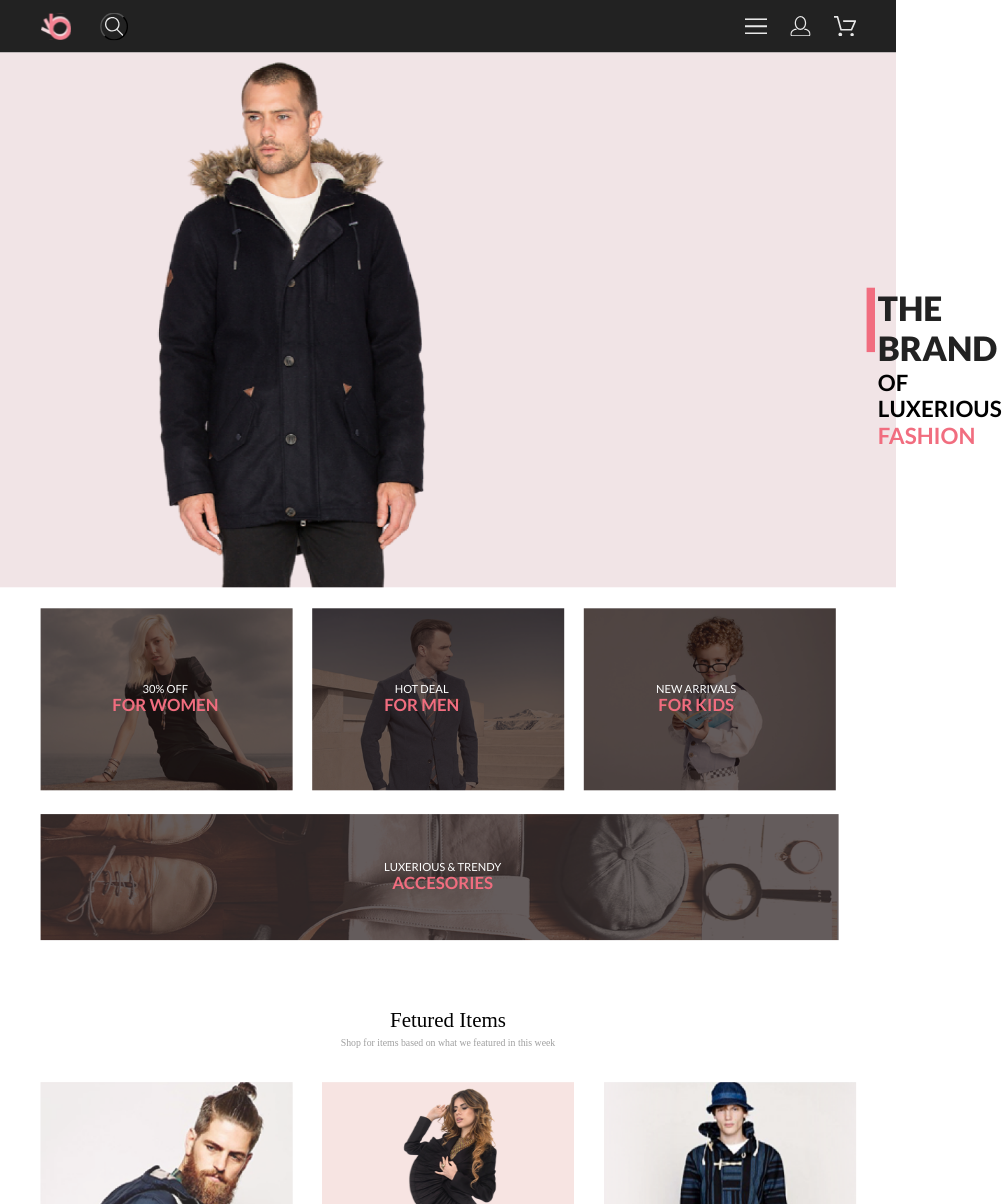
Repository: shtepaa/work-show-linkid
Page: les01/index.html
These files come from the project's save history. The page is drawn as it stood at one moment and after a run of saves; the edit follows.
The browser window is 1280 px wide. The page is 1431 px wide, then 1280 px, so the pictures cover 1431 px, including what lies to the right of the window. The pictures show the part of the page from y = 0 to 1720 px (the page is 3886 px tall), at 70% of full size.

Above is the page before, as saved 2022-02-15 12:17:01.

### les01/index.html
<!DOCTYPE html>
<html lang="en">
  <head>
    <meta charset="UTF-8" />
    <meta http-equiv="X-UA-Compatible" content="IE=edge" />
    <meta name="viewport" content="width=device-width, initial-scale=1.0" />
    <title>Brand</title>
    <link rel="shortcut icon" href="img/favicon.ico" type="image/x-icon" />
    <link rel="stylesheet" href="style.css" />
    <link rel="preconnect" href="https://fonts.googleapis.com" />
    <link rel="preconnect" href="https://fonts.gstatic.com" crossorigin />
    <link
      href="https://fonts.googleapis.com/css2?family=Lato:wght@700;400;900&display=swap"
      rel="stylesheet"
    />
  </head>
  <body>


        <header>
          <div class="container">
            <nav>
              <div class="flex-left">
                <img src="img/logo.svg" alt="logo" />
                <form class="searchBox">
                  <input
                    class="searchInput"
                    type="text"
                    name=""
                    placeholder="Search"
                  />
                  <button class="searchButton" href="#">
                    <img id="path" src="img/search.svg" alt="logo" />
                  </button>
                </form>
              </div>
              <div class="flex-right">
                <div class="mega-box"><img class="contact-img" src="img/menu.svg" alt="logo" />
                <div class="mega-item">

<div class="menu-box"><h3 class="menu-box--style">Menu</h3></div>
<details><summary>Man</summary>
<a class="mega-link" href="#">Accessories</a>
<a class="mega-link" href="#">Bags</a>
<a class="mega-link" href="#">Denim</a>
<a class="mega-link" href="#">T-Shirts</a>
</details>
<details><summary>WOMAN</summary>
  <a class="mega-link" href="#">Accessories</a>
  <a class="mega-link" href="#">Jackets & Coats</a>
  <a class="mega-link" href="#">Polos</a>
  <a class="mega-link" href="#">T-Shirts</a>
  </details>
  <details><summary>KIDS</summary>
    <a class="mega-link" href="#">Accessories</a>
    <a class="mega-link" href="#">Bags</a>
    <a class="mega-link" href="#">Denim</a>
    <a class="mega-link" href="#">T-Shirts</a>
    </details>



                </div>


                </div>
                <img class="contact-img" src="img/contact.svg" alt="logo" />
                <img src="img/shop.svg" alt="logo" />
              </div>
            </nav>
          </div>
        </header>
        <!-- Второй блок -->
        <div class="header-section">

          <!-- <div class="container"> -->

            <div class="header-cover">
              <div class="header-image">
              <img class="header-man"  src="img/man-new.png" alt="man" />
            </div>
            <div class="header-title">
              <div class="pink-line">
              <div class="header-column">
                <h1>The brand</h1>
                <h2>of luxerious <span class="pink-word"> fashion</span></h2>
              </div>
            </div>
            </div>
          </div>
          <!-- </div> -->


          </div>
        </div>
<!-- Третий блок -->
        <div class="container catalog-wrappet">
          <div class="catalog-block">
            <div class="catalog-project">
              <img
                class="catalog-image"
                src="img/catalog01.png"
                alt="catalog01"
              />
              <h2 class="catalog__text">
                30% off <span class="pink-word catalog-words"> for women</span>
              </h2>
            </div>
            <div class="catalog-project">
              <img
                class="catalog-image"
                src="img/catalog02.png"
                alt="catalog02"
              />
              <h2 class="catalog__text">
                hot deal <span class="pink-word catalog-words"> for men</span>
              </h2>
            </div>
            <div class="catalog-project">
              <img
                class="catalog-image"
                src="img/catalog03.png"
                alt="catalog03"
              />
              <h2 class="catalog__text">
                new arrivals
                <span class="pink-word catalog-words"> for kids</span>
              </h2>
            </div>
          </div>
          <div class="catalog-project parent">
            <img
              class="catalog-image"
              src="img/catalog04.png"
              alt="catalog04"
            />
            <h2 class="catalog__text down-parent">
              luxerious & trendy<span class="pink-word catalog-words">
                accesories</span
              >
            </h2>
          </div>
        </div>
        <!-- Четвертый блок -->
        <div class="container block-text">
          <h3 class="block-text--heading">Fetured Items</h3>
          <p class="block-text--section-text">
            Shop for items based on what we featured in this week
          </p>
        </div>
        <div class="container section-featured">
          <div class="featur_one">
            <a class="link-featur" href="#">
            <img class="featur-image"  src="img/feat01.png" alt="featur_one" /></a>
            <div class="featur-wrapper">
            <h3 class="featur-text">ELLERY X M'O CAPSULE</h3>
            <p class="featur-content">Known for her sculptural takes on traditional tailoring, Australian arbiter of cool Kym Ellery teams up with Moda Operandi.</p>
<span class="featur-price">$52.00</span></div>
          </div>
          <div class="featur_one">
            <a class="link-featur" href="#">
            <img src="img/feat02.png" alt="featur_one" /></a>
            <div class="featur-wrapper">
            <h3 class="featur-text">ELLERY X M'O CAPSULE</h3>
            <p class="featur-content">Known for her sculptural takes on traditional tailoring, Australian arbiter of cool Kym Ellery teams up with Moda Operandi.</p>
<span class="featur-price">$52.00</span></div>
          </div>
          <div class="featur_one">
            <a class="link-featur" href="#">
            <img src="img/feat03.png" alt="featur_one" /></a>
            <div class="featur-wrapper">
            <h3 class="featur-text">ELLERY X M'O CAPSULE</h3>
            <p class="featur-content">Known for her sculptural takes on traditional tailoring, Australian arbiter of cool Kym Ellery teams up with Moda Operandi.</p>
<span class="featur-price">$52.00</span></div>
          </div>
          <div class="featur_one">
            <a class="link-featur" href="#">
            <img src="img/feat04.png" alt="featur_one" /></a>
            <div class="featur-wrapper">
            <h3 class="featur-text">ELLERY X M'O CAPSULE</h3>
            <p class="featur-content">Known for her sculptural takes on traditional tailoring, Australian arbiter of cool Kym Ellery teams up with Moda Operandi.</p>
<span class="featur-price">$52.00</span></div>
          </div>
          <div class="featur_one">
            <a class="link-featur" href="#">
            <img src="img/feat05.png" alt="featur_one" /></a>
            <div class="featur-wrapper">
            <h3 class="featur-text">ELLERY X M'O CAPSULE</h3>
            <p class="featur-content">Known for her sculptural takes on traditional tailoring, Australian arbiter of cool Kym Ellery teams up with Moda Operandi.</p>
<span class="featur-price">$52.00</span></div>
          </div>
          <div class="featur_one">
            <a class="link-featur" href="#">
            <img src="img/feat06.png" alt="featur_one" /></a>
            <div class="featur-wrapper">
            <h3 class="featur-text">ELLERY X M'O CAPSULE</h3>
            <p class="featur-content">Known for her sculptural takes on traditional tailoring, Australian arbiter of cool Kym Ellery teams up with Moda Operandi.</p>
<span class="featur-price">$52.00</span></div>
          </div>

        </div>
        <div class="container browse-button">
          <a class="link-browse" href="#"> <h3 class="browse-button product-cart">Browse All Product</h3></a>

        </div>
<div class="section-icons">
  <div class="container wrapper-icons">
  <div class="first-icons">
    <img class="car-icons" src="img/car.svg" alt="car" />
    <h3 class="car-icons--text">Free Delivery</h3>
    <p class="car-icons--context">Worldwide delivery on all. Authorit tively morph next-generation innov tion with extensive models.</p>
  </div>
  <div class="first-icons">
    <img class="car-icons" src="img/discount.svg" alt="discount" />
    <h3 class="car-icons--text">Sales & discounts</h3>
    <p class="car-icons--context">Worldwide delivery on all. Authorit tively morph next-generation innov tion with extensive models.</p>
  </div>
  <div class="first-icons">
    <img class="car-icons" src="img/corona.svg" alt="corona" />
    <h3 class="car-icons--text">Quality assurance</h3>
    <p class="car-icons--context">Worldwide delivery on all. Authorit tively morph next-generation innov tion with extensive models.</p>
  </div>
</div>

</div>

<div class="quotes-section">
  <div class="container wrap-quotes">
  <div class="figure-box">
  <figure>
    <img class="figure-image" src="img/author.png" alt="author" />
    <figcaption>“Vestibulum quis porttitor dui! Quisque viverra nunc mi, a pulvinar purus condimentum“</figcaption>
  </figure></div>
  <div class="figure-box enter-mail">

    <h1 class="subscribe">SUBSCRIBE</h1>
    <h2 class="promotion">FOR OUR NEWLETTER AND PROMOTION</h2>
    <div class="subscribe-wrapper">

      <input type="email" name="email" class="subscribe-input" placeholder="Enter Your Email">
      <div class="submit-btn">SUBMIT</div>
    </div>


  </div>

</div>


      </div>
      <footer>
<div class="container footer-contant">
  <div class="copy-righ">
    <span class="copy-text">© 2021  Brand  All Rights Reserved.</span>
  </div>
  <div class="networks">
    <div class="insta instag-fig">

    </div>
    <div class="insta pint-fig"></div>
    <div class="insta last-fig"></div>
    <div class="insta "></div>
  </div>



</div>

      </footer>

  </body>
</html>

### les01/style.css
* {
  margin: 0;
  padding: 0;
}



header {
  background-color: #222;

  display: flex;
  height: 75px;
}
.header-section {
  background-color: #f1e4e6;
  /* display: flex; */
  height: 764px;
}
.container {
  margin: 0 auto;
  width: 1165px;
  display: flex;
}
.header-image {
  display: flex;
  /* background-repeat: no-repeat;
  -webkit-box-flex: 1;
  -ms-flex-positive: 1;
  flex-grow: 1; */

}
.header-man{
  /* display: flex; */
  /* display: block; */
  left: 0;
}
.header-title {
  /* width: 50%; */
  display: flex;
  flex-direction: row;
  align-items: center;
}
.header-column {
  display: flex;
  flex-direction: column;
  margin-left: 16px;
  text-transform: uppercase;
  font-family: "Lato", sans-serif;
}
h1 {
  font-weight: 900;
  font-size: 48px;
  line-height: 58px;
  color: #222;
}
h2 {
  font-weight: 700;
  font-size: 32px;
  line-height: 38px;
}
.pink-word {
  color: #f16d7f;
}
.pink-line {
  background-color: #f16d7f;
  height: 92px;
  width: 12px;
}
.header-cover {
  /* width: 100%; */
  display: flex;
  /* flex-direction: row; */
  justify-content: space-between;
  width: 1250px;
  /* margin: 0 auto; */
}

nav {
  justify-content: space-between;
  flex-direction: row;
  /* position: relative; */
  align-items: center;
  display: flex;
  height: 75px;
  width: 100%;
}
.flex-left {
  align-items: center;
  flex-direction: row;
  display: flex;
}

.contact-img {
  margin-right: 33px;
}
/* Меню бокс */
.mega-item {
  position: absolute;
  background-color: #fff;

  /* display: none; */
  padding: 37px 100px 79px 50px;
  display: none;
  margin-top: 23px;
  padding-bottom: 53px;
  /* margin-left: 155px; */
}
.mega-box {
  padding: 34px 0 30px 0;

}
.mega-box:hover .mega-item{
  display: block;
}
summary {
  display: block;
}

  summary::-webkit-details-marker {
  display: none;
}

summary {
  display: block;
  font-weight: 400;
  font-size: 14px;
  line-height: 17px;
  text-transform: uppercase;
  color: #f16d7f;
  padding-top: 20px;
  padding-bottom: 12px;
  font-family: "Lato", sans-serif;
  cursor: pointer;
}

  summary::-webkit-details-marker {
  display: none;
}

summary::before {
  content: '';
  padding-right: 0.5em;
}

details[open] > summary::before {
  content: '';
}

.menu-box--style {
  font-weight: 700;
  font-size: 14px;
  line-height: 17px;
  text-transform: uppercase;
  padding-bottom: 4px;
  font-family: "Lato", sans-serif;
}
/* .pink-box {

} */
.mega-link {
  font-family: "Lato", sans-serif;
  display: block;
  text-decoration: none;
  font-size: 14px;
  line-height: 17px;
  color: #6f6e6e;
  font-weight: 400;
  padding: 12px 0px 11px 15px;
}
.mega-link:hover{
  color: #F16D7F;
}
.flex-right {
  display: flex;
  align-items: center;
  position: relative;
  /* padding-bottom: 23px; */
}
img {
  cursor: pointer;
}

/* search form*/
form {
  margin-left: 41px;
}

.searchBox:hover > .searchInput {
  padding: 0 6px;
  width: 240px;
}

.searchBox:hover > .searchButton {
  background: #222;
  color: #2f3640;
}

.searchButton {
  justify-content: center;
  align-items: center;
  background: #222;
  border-radius: 50%;
  color: white;
  float: right;
  width: 40px;
  height: 40px;
  display: flex;
  transition: 0.4s;
}

.searchInput {
  border: none;
  background: none;
  outline: none;
  float: left;
  padding: 0;
  color: white;
  font-size: 16px;
  transition: 0.4s;
  line-height: 40px;
  width: 0px;
}

@media screen and (max-width: 620px) {
  .searchBox:hover > .searchInput {
    width: 150px;
    padding: 0 6px;
  }
}

/* Третий блок */

.catalog-wrappet {
  display: flex;
  /* flex-direction: row; */
  flex-wrap: wrap;
  justify-content: space-between;
  max-width: 1165px;
  margin: 0 auto;
}
.catalog-project {
  margin-top: 30px;
  position: relative;
  flex-grow: 1;
}
/* .catalog-image:last-of-type {
  width: 100%;

} */
.catalog__text {
  position: absolute;
  display: block;
  z-index: 100;
  left: 103px;
  top: 105px;
  box-sizing: border-box;
  font-size: 16px;
  line-height: 19px;
  text-align: center;
  font-family: Lato;
  color: #fff;
  text-transform: uppercase;
  font-weight: 400;
  display: flex;
  flex-direction: column;
  /* left: 0; */
}
.catalog-words {
  font-size: 24px;
  line-height: 28px;
  text-align: center;
  font-family: "Lato", sans-serif;
  font-weight: 700;
}
.catalog-block {
  display: flex;
  justify-content: space-between;
  flex-direction: row;
  width: 100%;
}
.parent {
  display: flex;
  width: 100%;
  /* justify-content: space-between; */
}
.down-parent {
  left: 491px;
  top: 65px;
}
/* Четвертый блок */
.block-text {
  padding-top: 96px;
  display: flex;
  flex-direction: column;
  box-sizing: content-box;
  align-items: center;
}
.block-text--heading {
  font-weight: normal;
  font-size: 30px;
  line-height: 36px;
}
.block-text--section-text {
  padding-top: 6px;
  font-weight: normal;
  font-size: 14px;
  line-height: 17px;
  color: #9f9f9f;
}
/* Пятый блок */
.section-featured{
  max-width: 1165px;
  display: flex;
  flex-direction: row;
  flex-wrap: wrap;
  padding-top: 18px;
  justify-content: space-between;
}
.featur_one{
  display: flex;
  flex-direction: column;
  max-width: 360px;
  background-color: #F8F8F8;
  margin-top: 30px;
}
.featur-text{
  margin-top: 25px;
  font-size: 13px;
line-height: 16px;
font-family: "Lato", sans-serif;
font-weight: 400;
}
.featur-content{
  color: #5D5D5D;
  font-weight: 300;
font-size: 14px;
line-height: 17px;
font-family: "Lato", sans-serif;
padding-top: 12px;
}
.featur-price{
  color:  #F16D7F;
  font-size: 16px;
line-height: 19px;
font-weight: 400;
padding-top: 18px;
}
.featur-wrapper{
  padding-left: 18px;
  padding-bottom: 20px;
  display: flex;
  flex-direction: column;
}
.browse-button{
  /* align-items: center; */
  /* display: block; */
  max-width: 1165px;
  display: flex;
  justify-content: center;
  margin-top: 63px;

}
.link-browse{
  text-decoration: none;
}
.product-cart{
  color: #fff;
  border: 1px solid #FF6A6A;
  box-sizing: border-box;
  align-items: center;
  width: 211px;
  padding: 15px 38px;
  font-size: 16px;
line-height: 19px;
font-weight: 400;
background-color: #F16D7F;
}
/* конец кнопки */
.section-icons {
  background-color: #222224;
  display: flex;
  height: 341px;

  /* justify-content: space-between; */
  margin-top: 95px;
}
.first-icons{
  display: flex;
  flex-direction: column;
  max-width: 343px;
  justify-content: center;
  align-items: center;
  text-align: center;


}
.car-icons{
  width: 44px;
  height: 31px;
  padding-top: 103px;
  padding-bottom: 28px;
}
.wrapper-icons{
  max-width: 1165px;
  display: flex;
  flex-direction: row;
  justify-content: space-between;
}
.car-icons--context{
  padding-top: 16px;
  font-weight: 300;
font-size: 13.972px;
line-height: 17px;
color: #FBFBFB;
padding-bottom: 104px;
}
.car-icons--text{
  font-size: 19.96px;
line-height: 24px;
color: #FBFBFB;
font-weight: 400;
}
/* Квотес секция */
.quotes-section{
  background-image: url(img/photo-subscribe.png );
  height: 448px;
  background-repeat: no-repeat;
  background-size: 100%;

}
.wrap-quotes{
  display: flex;
  flex-direction: row;
  max-width: 1165px;
  justify-content: space-between;

}
.figure-box{
  display: flex;
  flex-direction: column;
  width: 343px;
  justify-content: center;
  /* align-items: center; */
  text-align: center;

}
.figure-image{
  width: 96px;
  height: 96px;
  padding-top: 97px;
}
figcaption{
  padding-top: 30px;
  font-size: 20px;
line-height: 24px;
font-weight: 400;
font-family: "Lato", sans-serif;
color: #222224;

}
.subscribe{
  font-family: "Lato", sans-serif;
  font-weight: 700;
  font-size: 24px;
  line-height: 37px;
  padding-top: 150px;
}
.promotion{
  font-family: "Lato", sans-serif;
  font-weight: 400;
  font-size: 18px;
  line-height: 30px;
}
.enter-mail{
  width: 557px;
}
.subscribe-wrapper{
  display: flex;
  justify-content: center;
  margin-top: 39px;

  border-radius: 10px;
  width: 356px;
  margin: 0 auto;
  padding-top: 32px;
}
.subscribe-input{
width: 256px;
border-radius: 30px;
  border-bottom-right-radius: 0;
  border-top-right-radius: 0;
  border-color: #E1E1E1;
  background-color: #E1E1E1;
}
.submit-btn{
  width: 100px;
  border-radius: 30px;
  border-bottom-left-radius: 0;
  border-top-left-radius: 0;
  background-color: #E05C6E;
  height: 49px;
  color: #fff;
  text-align: center;
  align-items: center;
  font-size: 14px;
line-height: 17px;
display: flex;
font-weight: 400;
padding: 10px;
}
::placeholder{
  padding-left: 22px;
  padding-top: 7px;
  padding-bottom: 6px;
  font-size: 14px;
line-height: 17px;
opacity: 0.67;
color: #222224;
}
footer{
  height: 79px;
  background-color: #222224;
  display: flex;
}
.footer-contant{
  display: flex;
  flex-direction: row;
  max-width: 1165px;
  align-items: center;
  justify-content: space-between;
}
.copy-text{
  padding-top: 30px;
  font-size: 16px;
line-height: 19px;
font-weight: 400;
color: #FBFBFB;
}
.networks{
  display: flex;
  flex-direction: row;


}
.insta{
  height: 32px;
  width: 31px;
  background-color: #fff;
  display: flex;

}
.last-fig{
  margin-right: 7px;
}
.pint-fig{
  margin-right: 7px;
}
.instag-fig{
  margin-right: 7px;
}
.insta:hover{
  background-color: #E05C6E;

}

### les01/img/search.svg
<svg width="27" height="28" viewBox="0 0 27 28" fill="#E8E8E8" xmlns="http://www.w3.org/2000/svg" id="path">
<path d="M19.0596 17.6259C20.6713 15.8658 21.6282 13.6048 21.7698 11.2225C21.9113 8.84018 21.2288 6.48173 19.8369 4.54318C18.445 2.60463 16.4285 1.20404 14.126 0.576619C11.8234 -0.0508009 9.3751 0.13316 7.19217 1.09761C5.00923 2.06205 3.22463 3.74825 2.13804 5.87302C1.05145 7.9978 0.729054 10.4318 1.225 12.7661C1.72094 15.1005 3.00501 17.1932 4.86158 18.6927C6.71814 20.1922 9.03413 21.0072 11.4206 21.0009C13.673 21.004 15.8645 20.27 17.6606 18.9109L25.4086 26.7179C25.4941 26.807 25.5965 26.8781 25.7099 26.927C25.8232 26.9759 25.9452 27.0017 26.0686 27.0029C26.1923 27.0033 26.3148 26.9782 26.4283 26.9292C26.5419 26.8801 26.6441 26.8082 26.7286 26.7179C26.9025 26.537 26.9997 26.2958 26.9997 26.0449C26.9997 25.794 26.9025 25.5528 26.7286 25.3719L19.0596 17.6259ZM2.88662 10.5009C2.89946 8.81563 3.41094 7.17187 4.35659 5.77685C5.30224 4.38183 6.63972 3.29801 8.20044 2.662C9.76115 2.02599 11.4752 1.86627 13.1266 2.20298C14.7779 2.53969 16.2926 3.35775 17.4797 4.55404C18.6668 5.75033 19.4732 7.27129 19.7972 8.92519C20.1212 10.5791 19.9483 12.2919 19.3002 13.8476C18.6522 15.4034 17.5581 16.7325 16.1559 17.6674C14.7536 18.6023 13.1059 19.1011 11.4206 19.1009C9.14916 19.0901 6.97482 18.1784 5.37484 16.566C3.77486 14.9537 2.87998 12.7724 2.88662 10.5009Z" fill="#E8E8E8"/>
</svg>

Loaded but not shown: les01/img/car.svg (3 lines, source omitted)

After the next 2 saves:
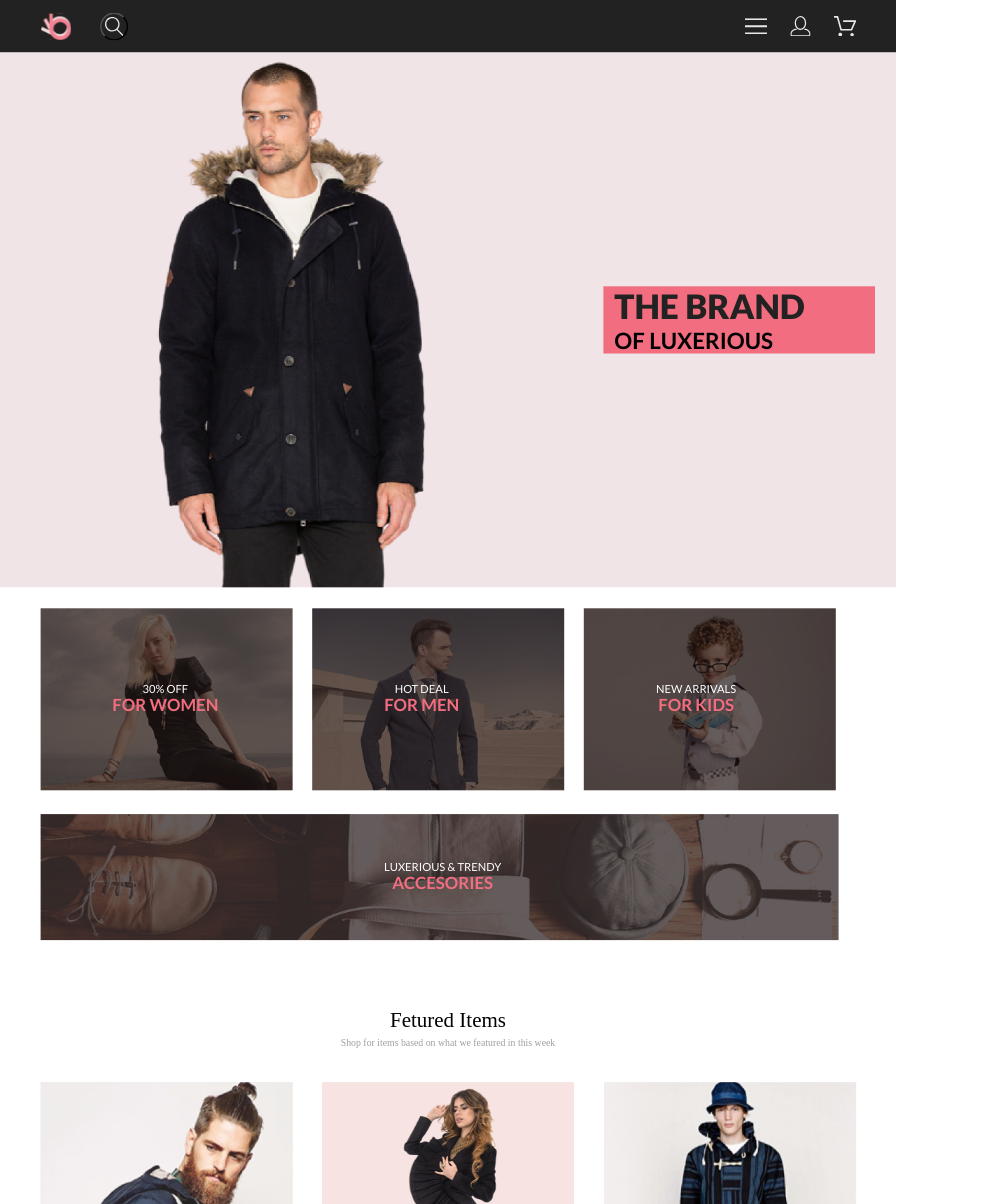
The 2 saves are shown as one change because they came seconds apart.
The last was saved 10 s later.
--- a/les01/style.css
+++ b/les01/style.css
@@ -63,8 +63,7 @@ h2 {
 }
 .pink-line {
   background-color: #f16d7f;
-  height: 92px;
-  width: 12px;
+  border-left: ;
 }
 .header-cover {
   /* width: 100%; */
